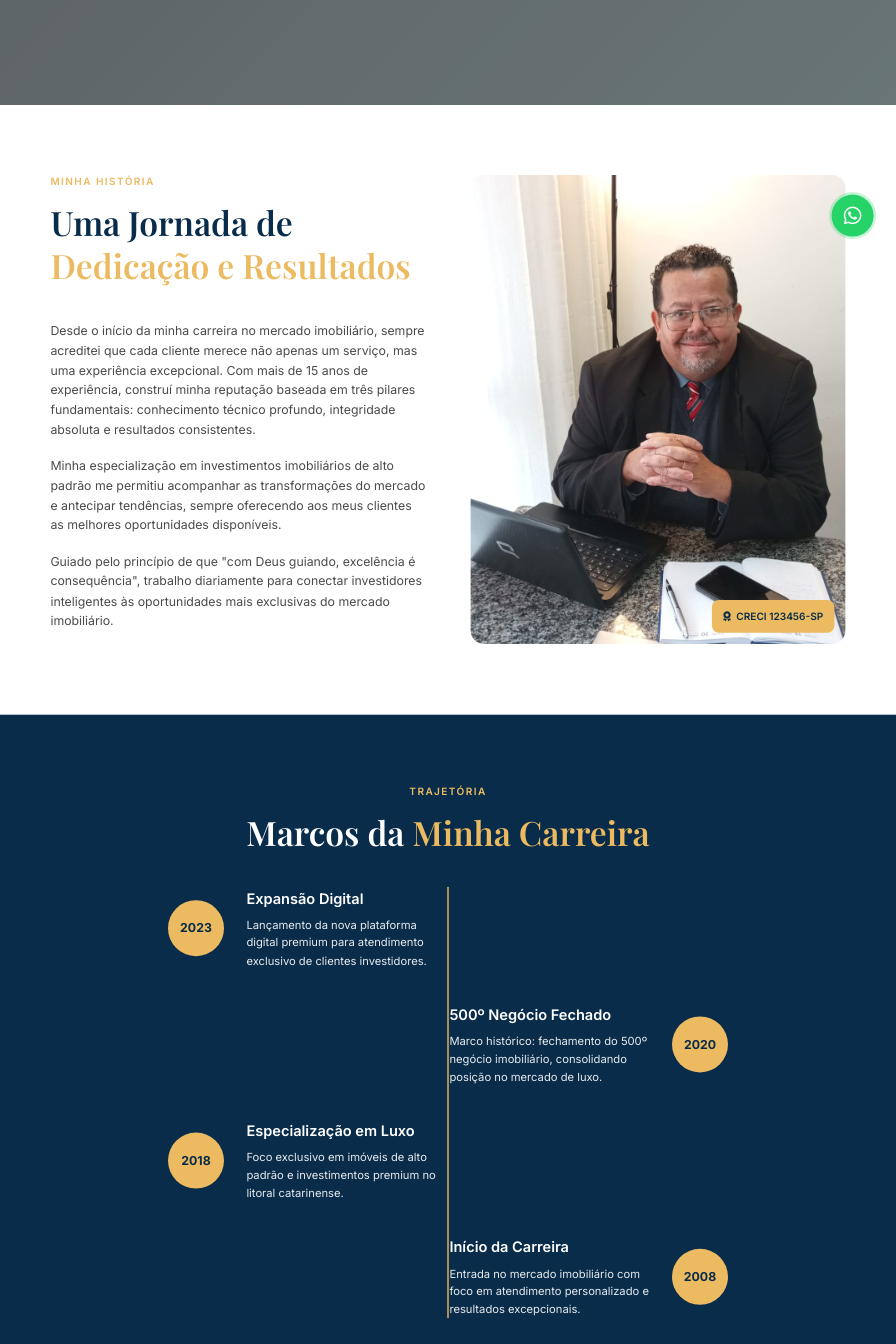
Repository: MichelAlmeida1990/Projeto-Imobiliaria
Page: sobre.html
An editor plug-in stored every save of this project. The page is shown before and after the next save, followed by the edit.
The browser window is 1280 px wide. The pictures show the part of the page from y = 350 to 2270 px (the page is 3743 px tall before and 3986 px after), at 70% of full size.
Pictures or frames that could not be fetched are drawn as grey boxes.

Above is the page before, as saved 2025-07-03 12:29:23.

### sobre.html
<!DOCTYPE html>
<html lang="pt-BR">
<head>
    <meta charset="UTF-8">
    <meta name="viewport" content="width=device-width, initial-scale=1.0">
    <title>Sobre - Diógenes Leme | Corretor de Imóveis Premium</title>

    <!-- Meta Tags SEO -->
    <meta name="description" content="Conheça a trajetória de Diógenes Leme, especialista em investimentos imobiliários de luxo com mais de 15 anos de experiência no mercado.">
    <meta name="keywords" content="sobre diógenes leme, corretor imóveis experiência, biografia corretor, histórico profissional">

    <!-- Favicon -->
    <link rel="icon" type="image/png" href="assets/logo-dourado.png">

    <!-- Google Fonts -->
    <link rel="preconnect" href="https://fonts.googleapis.com">
    <link rel="preconnect" href="https://fonts.gstatic.com" crossorigin>
    <link href="https://fonts.googleapis.com/css2?family=Inter:wght@300;400;500;600;700&family=Playfair+Display:wght@400;500;600;700&display=swap" rel="stylesheet">

    <!-- Font Awesome -->
    <link rel="stylesheet" href="https://cdnjs.cloudflare.com/ajax/libs/font-awesome/6.4.0/css/all.min.css">

    <!-- CSS -->
    <link rel="stylesheet" href="css/palette.css">
    <link rel="stylesheet" href="css/style.css">
</head>
<body>
    <!-- Header -->
    <header class="header">
        <nav class="nav container">
            <div class="nav__logo">
                <a href="index.html">
                    <img src="assets/logo-dourado.png" alt="Diógenes Leme Logo" class="nav__logo-img">
                </a>
            </div>

            <ul class="nav__menu" id="nav-menu">
                <li class="nav__item">
                    <a href="index.html" class="nav__link">Início</a>
                </li>
                <li class="nav__item">
                    <a href="sobre.html" class="nav__link">Sobre</a>
                </li>
                <li class="nav__item">
                    <a href="portfolio.html" class="nav__link">Portfólio</a>
                </li>
                <li class="nav__item">
                    <a href="contato.html" class="nav__link">Contato</a>
                </li>
            </ul>

            <div class="nav__toggle" id="nav-toggle">
                <i class="fas fa-bars"></i>
            </div>
        </nav>
    </header>

    <!-- Main -->
    <main class="main">
        <!-- Hero Section -->
        <section class="hero hero--small">
            <div class="hero__overlay"></div>
            <div class="hero__content container">
                <div class="hero__text">
                    <h1 class="hero__title">
                        Sobre <span class="hero__title-accent">Diógenes Leme</span>
                    </h1>
                    <p class="hero__description">
                        Uma trajetória dedicada à excelência em investimentos imobiliários
                    </p>
                </div>
            </div>
        </section>

        <!-- About Detail Section -->
        <section class="section">
            <div class="container">
                <div class="about__grid">
                    <div class="about__content">
                        <div class="section__header">
                            <span class="section__subtitle">Minha História</span>
                            <h2 class="section__title">
                                Uma Jornada de <br>
                                <span class="section__title-accent">Dedicação e Resultados</span>
                            </h2>
                        </div>

                        <p class="about__text">
                            Desde o início da minha carreira no mercado imobiliário, sempre acreditei que cada cliente
                            merece não apenas um serviço, mas uma experiência excepcional. Com mais de 15 anos de
                            experiência, construí minha reputação baseada em três pilares fundamentais: conhecimento
                            técnico profundo, integridade absoluta e resultados consistentes.
                        </p>

                        <p class="about__text">
                            Minha especialização em investimentos imobiliários de alto padrão me permitiu acompanhar
                            as transformações do mercado e antecipar tendências, sempre oferecendo aos meus clientes
                            as melhores oportunidades disponíveis.
                        </p>

                        <p class="about__text">
                            Guiado pelo princípio de que "com Deus guiando, excelência é consequência", trabalho
                            diariamente para conectar investidores inteligentes às oportunidades mais exclusivas
                            do mercado imobiliário.
                        </p>
                    </div>

                    <div class="about__image">
                        <div class="about__image-wrapper">
                            <img src="assets/perfil.jpeg" alt="Ana Oliveira" class="about__img">
                            <div class="about__badge">
                                <i class="fas fa-award"></i>
                                <span>CRECI 123456-SP</span>
                            </div>
                        </div>
                    </div>
                </div>
            </div>
        </section>

        <!-- Experience Timeline -->
        <section class="section section--dark">
            <div class="container">
                <div class="section__header section__header--center">
                    <span class="section__subtitle">Trajetória</span>
                    <h2 class="section__title">
                        Marcos da <span class="section__title-accent">Minha Carreira</span>
                    </h2>
                </div>

                <div class="timeline">
                    <div class="timeline__item">
                        <div class="timeline__year">2023</div>
                        <div class="timeline__content">
                            <h3 class="timeline__title">Expansão Digital</h3>
                            <p class="timeline__description">
                                Lançamento da nova plataforma digital premium para atendimento
                                exclusivo de clientes investidores.
                            </p>
                        </div>
                    </div>

                    <div class="timeline__item">
                        <div class="timeline__year">2020</div>
                        <div class="timeline__content">
                            <h3 class="timeline__title">500º Negócio Fechado</h3>
                            <p class="timeline__description">
                                Marco histórico: fechamento do 500º negócio imobiliário,
                                consolidando posição no mercado de luxo.
                            </p>
                        </div>
                    </div>

                    <div class="timeline__item">
                        <div class="timeline__year">2018</div>
                        <div class="timeline__content">
                            <h3 class="timeline__title">Especialização em Luxo</h3>
                            <p class="timeline__description">
                                Foco exclusivo em imóveis de alto padrão e investimentos
                                premium no litoral catarinense.
                            </p>
                        </div>
                    </div>

                    <div class="timeline__item">
                        <div class="timeline__year">2008</div>
                        <div class="timeline__content">
                            <h3 class="timeline__title">Início da Carreira</h3>
                            <p class="timeline__description">
                                Entrada no mercado imobiliário com foco em
                                atendimento personalizado e resultados excepcionais.
                            </p>
                        </div>
                    </div>
                </div>
            </div>
        </section>

        <!-- Values Section -->
        <section class="section">
            <div class="container">
                <div class="section__header section__header--center">
                    <span class="section__subtitle">Valores</span>
                    <h2 class="section__title">
                        Os Pilares do <span class="section__title-accent">Meu Trabalho</span>
                    </h2>
                </div>

                <div class="values__grid">
                    <div class="value">
                        <div class="value__icon">
                            <i class="fas fa-handshake"></i>
                        </div>
                        <h3 class="value__title">Integridade</h3>
                        <p class="value__description">
                            Transparência absoluta em todas as negociações e
                            relacionamentos com clientes e parceiros.
                        </p>
                    </div>

                    <div class="value">
                        <div class="value__icon">
                            <i class="fas fa-chart-line"></i>
                        </div>
                        <h3 class="value__title">Excelência</h3>
                        <p class="value__description">
                            Busca constante pela perfeição em cada detalhe,
                            desde o primeiro contato até a entrega das chaves.
                        </p>
                    </div>

                    <div class="value">
                        <div class="value__icon">
                            <i class="fas fa-users"></i>
                        </div>
                        <h3 class="value__title">Relacionamento</h3>
                        <p class="value__description">
                            Construção de relacionamentos duradouros baseados
                            em confiança mútua e resultados consistentes.
                        </p>
                    </div>

                    <div class="value">
                        <div class="value__icon">
                            <i class="fas fa-lightbulb"></i>
                        </div>
                        <h3 class="value__title">Inovação</h3>
                        <p class="value__description">
                            Utilização das mais modernas ferramentas e
                            estratégias para maximizar resultados.
                        </p>
                    </div>
                </div>
            </div>
        </section>

        <!-- CTA Section -->
        <section class="section section--dark">
            <div class="container">
                <div class="cta__content">
                    <div class="section__header section__header--center">
                        <h2 class="section__title">
                            Pronto para <span class="section__title-accent">Investir</span> Comigo?
                        </h2>
                        <p class="section__description">
                            Vamos conversar sobre como posso ajudar você a alcançar
                            seus objetivos no mercado imobiliário.
                        </p>
                    </div>

                    <div class="cta__buttons">
                        <a href="contato.html" class="btn btn--primary">
                            <i class="fas fa-calendar-alt"></i>
                            Agendar Consultoria
                        </a>
                        <a href="portfolio.html" class="btn btn--outline">
                            <i class="fas fa-eye"></i>
                            Ver Portfólio
                        </a>
                    </div>
                </div>
            </div>
        </section>
    </main>

    <!-- Footer -->
    <footer class="footer">
        <div class="container">
            <div class="footer__content">
                <div class="footer__logo">
                    <img src="assets/logo-dourado.png" alt="Diógenes Leme Logo" class="footer__logo-img">
                </div>

                <div class="footer__social">
                    <a href="#" class="footer__social-link" aria-label="Instagram">
                        <i class="fab fa-instagram"></i>
                    </a>
                    <a href="#" class="footer__social-link" aria-label="LinkedIn">
                        <i class="fab fa-linkedin-in"></i>
                    </a>
                    <a href="#" class="footer__social-link" aria-label="WhatsApp">
                        <i class="fab fa-whatsapp"></i>
                    </a>
                </div>
            </div>

            <div class="footer__bottom">
                <p class="footer__text">
                    © 2024 Diógenes Leme. Todos os direitos reservados.
                </p>
                <p class="footer__text">
                    CRECI: 123456-SP
                </p>
            </div>
        </div>
    </footer>

    <!-- WhatsApp Float Button -->
    <a href="https://wa.me/5511999999999" class="whatsapp-float" target="_blank" aria-label="WhatsApp">
        <i class="fab fa-whatsapp"></i>
    </a>

    <!-- JavaScript -->
    <script src="js/main.js"></script>

    <style>
        .hero--small {
            height: 60vh;
            min-height: 500px;
        }

        .about__badge {
            position: absolute;
            bottom: 1rem;
            right: 1rem;
            background: var(--dourado);
            color: var(--azul-escuro);
            padding: 0.75rem 1rem;
            border-radius: 10px;
            font-weight: 600;
            font-size: 0.9rem;
            display: flex;
            align-items: center;
            gap: 0.5rem;
        }

        .timeline {
            max-width: 800px;
            margin: 0 auto;
            position: relative;
        }

        .timeline::before {
            content: '';
            position: absolute;
            left: 50%;
            top: 0;
            bottom: 0;
            width: 2px;
            background: var(--dourado);
            transform: translateX(-50%);
        }

        .timeline__item {
            position: relative;
            margin-bottom: 3rem;
            display: flex;
            align-items: center;
        }

        .timeline__item:nth-child(odd) {
            flex-direction: row;
        }

        .timeline__item:nth-child(even) {
            flex-direction: row-reverse;
        }

        .timeline__year {
            background: var(--dourado);
            color: var(--azul-escuro);
            width: 80px;
            height: 80px;
            border-radius: 50%;
            display: flex;
            align-items: center;
            justify-content: center;
            font-weight: 700;
            font-size: 1.1rem;
            position: relative;
            z-index: 2;
        }

        .timeline__content {
            flex: 1;
            padding: 0 2rem;
            max-width: 350px;
        }

        .timeline__title {
            font-size: 1.3rem;
            font-weight: 600;
            margin-bottom: 0.5rem;
            color: white;
        }

        .timeline__description {
            opacity: 0.9;
            line-height: 1.6;
        }

        .values__grid {
            display: grid;
            grid-template-columns: repeat(auto-fit, minmax(250px, 1fr));
            gap: 2rem;
        }

        .value {
            text-align: center;
            padding: 2rem;
        }

        .value__icon {
            width: 80px;
            height: 80px;
            background: linear-gradient(135deg, var(--dourado), #d4a853);
            border-radius: 20px;
            display: flex;
            align-items: center;
            justify-content: center;
            margin: 0 auto 1.5rem;
            font-size: 2rem;
            color: var(--azul-escuro);
        }

        .value__title {
            font-size: 1.3rem;
            font-weight: 600;
            margin-bottom: 1rem;
            color: var(--azul-escuro);
        }

        .value__description {
            line-height: 1.6;
            opacity: 0.8;
        }

        .cta__buttons {
            display: flex;
            gap: 1rem;
            justify-content: center;
            flex-wrap: wrap;
            margin-top: 2rem;
        }

        @media (max-width: 768px) {
            .timeline::before {
                left: 40px;
            }

            .timeline__item {
                flex-direction: row !important;
                padding-left: 80px;
            }

            .timeline__item:nth-child(even) {
                flex-direction: row !important;
            }

            .timeline__year {
                position: absolute;
                left: 0;
                width: 60px;
                height: 60px;
                font-size: 1rem;
            }

            .timeline__content {
                padding: 0 0 0 1rem;
                max-width: none;
            }
        }
    </style>
</body>
</html>

### css/palette.css
:root {
  --azul-escuro: #092C4A;
  --dourado: #ECBA61;
  --bege: #F4EBE4;
  --cinza: #CBC0BA;
  --azul-claro: #65BAB7;
  --vermelho: #A20202;
}

Loaded but not shown: js/main.js (374 lines, source omitted); css/style.css (1188 lines, source omitted)

After the next save:
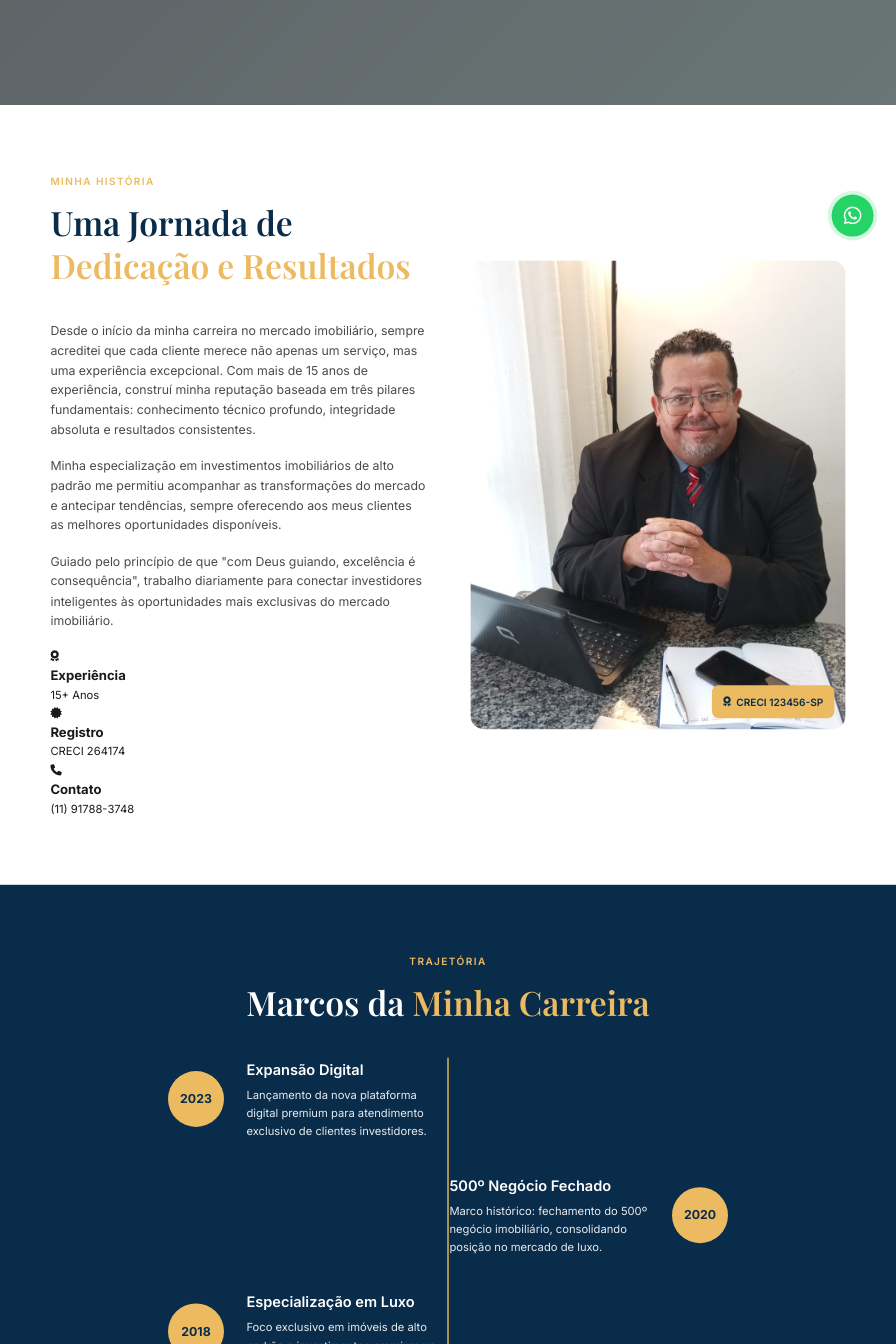
Saved 15 s later.
--- a/sobre.html
+++ b/sobre.html
@@ -103,6 +103,26 @@
                             diariamente para conectar investidores inteligentes às oportunidades mais exclusivas
                             do mercado imobiliário.
                         </p>
+
+                        <div class="about__info">
+                            <div class="about__box">
+                                <i class="fas fa-award about__icon"></i>
+                                <h3 class="about__title">Experiência</h3>
+                                <span>15+ Anos</span>
+                            </div>
+
+                            <div class="about__box">
+                                <i class="fas fa-certificate about__icon"></i>
+                                <h3 class="about__title">Registro</h3>
+                                <span>CRECI 264174</span>
+                            </div>
+
+                            <div class="about__box">
+                                <i class="fas fa-phone about__icon"></i>
+                                <h3 class="about__title">Contato</h3>
+                                <span>(11) 91788-3748</span>
+                            </div>
+                        </div>
                     </div>
 
                     <div class="about__image">
